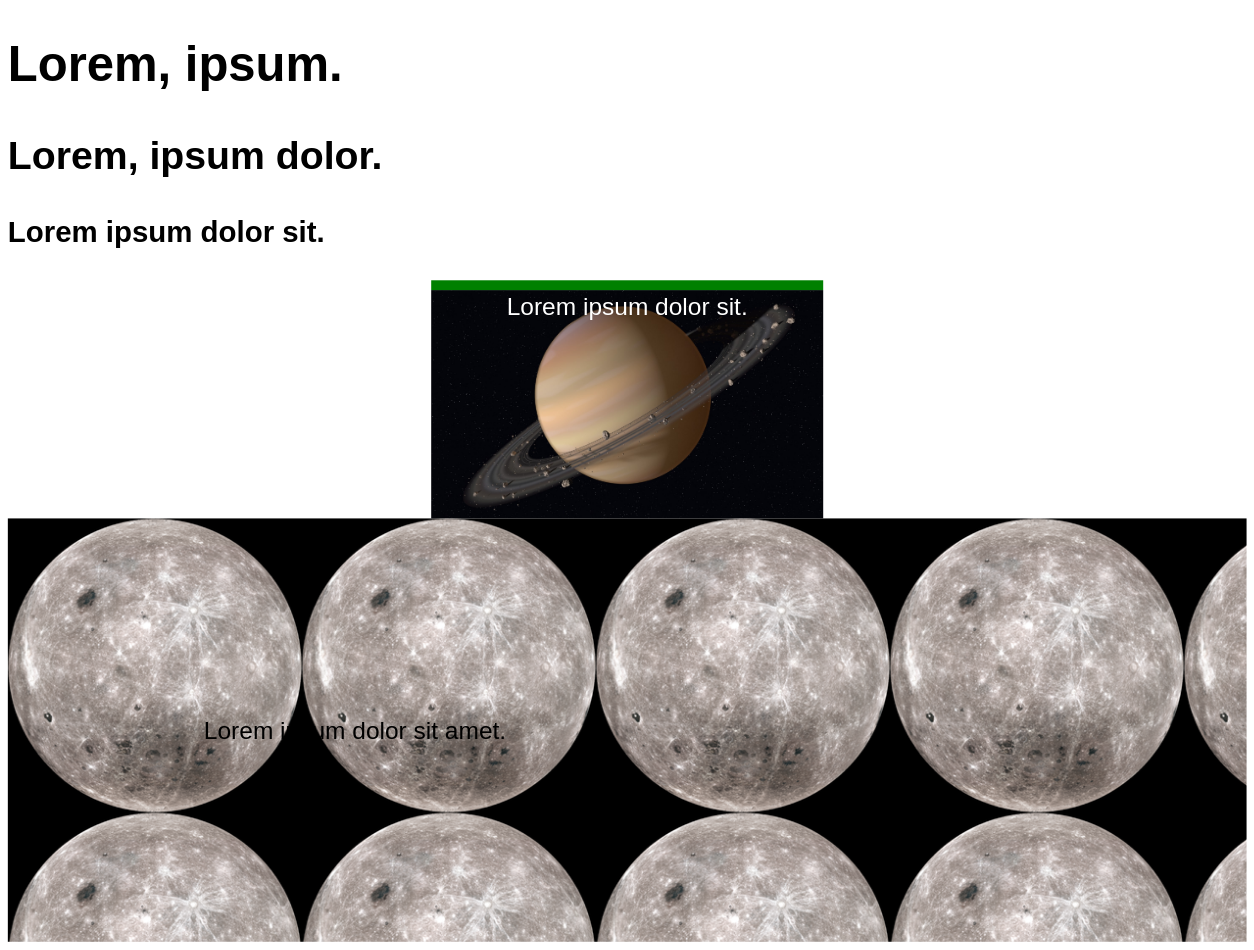
Repository: aSSasdy/assasdy.github.io
Page: index.html
An editor plug-in stored every save of this project. The page is shown before and after the next save, followed by the edit.
The browser window is 1280 px wide. The pictures show the whole page, at 98% of full size.

Above is the page before, as saved 2021-11-28 16:17:14.

### index.html
<!DOCTYPE html>
<html lang="en">
<head>
    <meta charset="UTF-8">
    <meta http-equiv="X-UA-Compatible" content="IE=edge">
    <meta name="viewport" content="width=device-width, initial-scale=1.0">
    <title>Document</title>
    <link rel="stylesheet" href="css/style.css">
</head>
<body>
    <h1>Lorem, ipsum.</h1>
    <h2>Lorem, ipsum dolor.</h2>
    <h3>Lorem ipsum dolor sit.</h3>
    <div class="block-1__img">Lorem ipsum dolor sit.</div>
    <div class="block-2__img">Lorem ipsum dolor sit amet.</div>
</body>
</html>

### css/style.css
html{
    font-size: 62.5%;
}
body{
    font: 400  2.5rem/1.3 Arial, Helvetica, sans-serif ;
}
h1{
    font-size: 5rem;
}
h2{
    font-size: 4rem;
}
h3{
    font-size: 3rem;
}
.block-1__img {
    background-image: url('/img/field_image_magnitosfera-saturna-i-ego-sputnik-encelad-v2.orig_.jpg');
    background-size: cover;
    border-top: 10px solid green;
    margin: auto;
    padding-bottom: 200px;
    width: 400px;
    color: white;
    text-align: center;
}
.block-2__img{
    background-image: url('/img/Moon_farside_LRO_color_mosaic.png');
    padding: 200px;

}

After the next save:
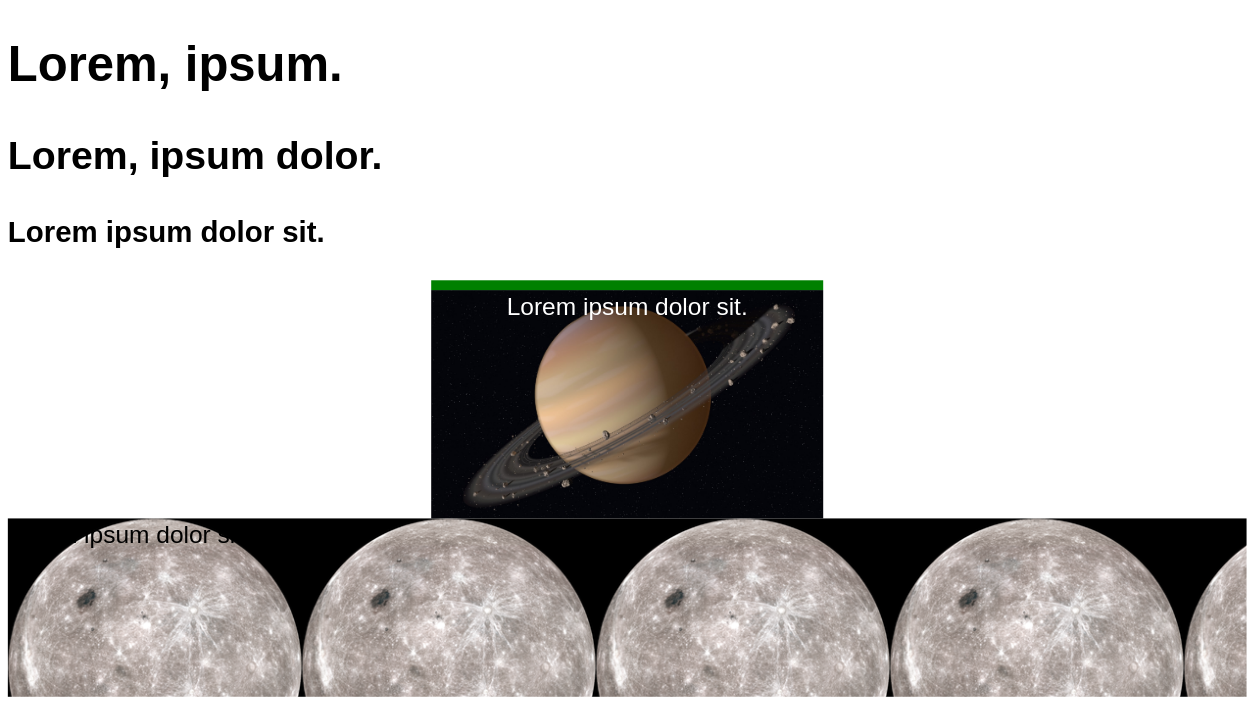
Saved 12 s later.
--- a/css/style.css
+++ b/css/style.css
@@ -25,6 +25,6 @@
 }
 .block-2__img{
     background-image: url('/img/Moon_farside_LRO_color_mosaic.png');
-    padding: 200px;
+    padding-bottom: 150px;
 
 }
